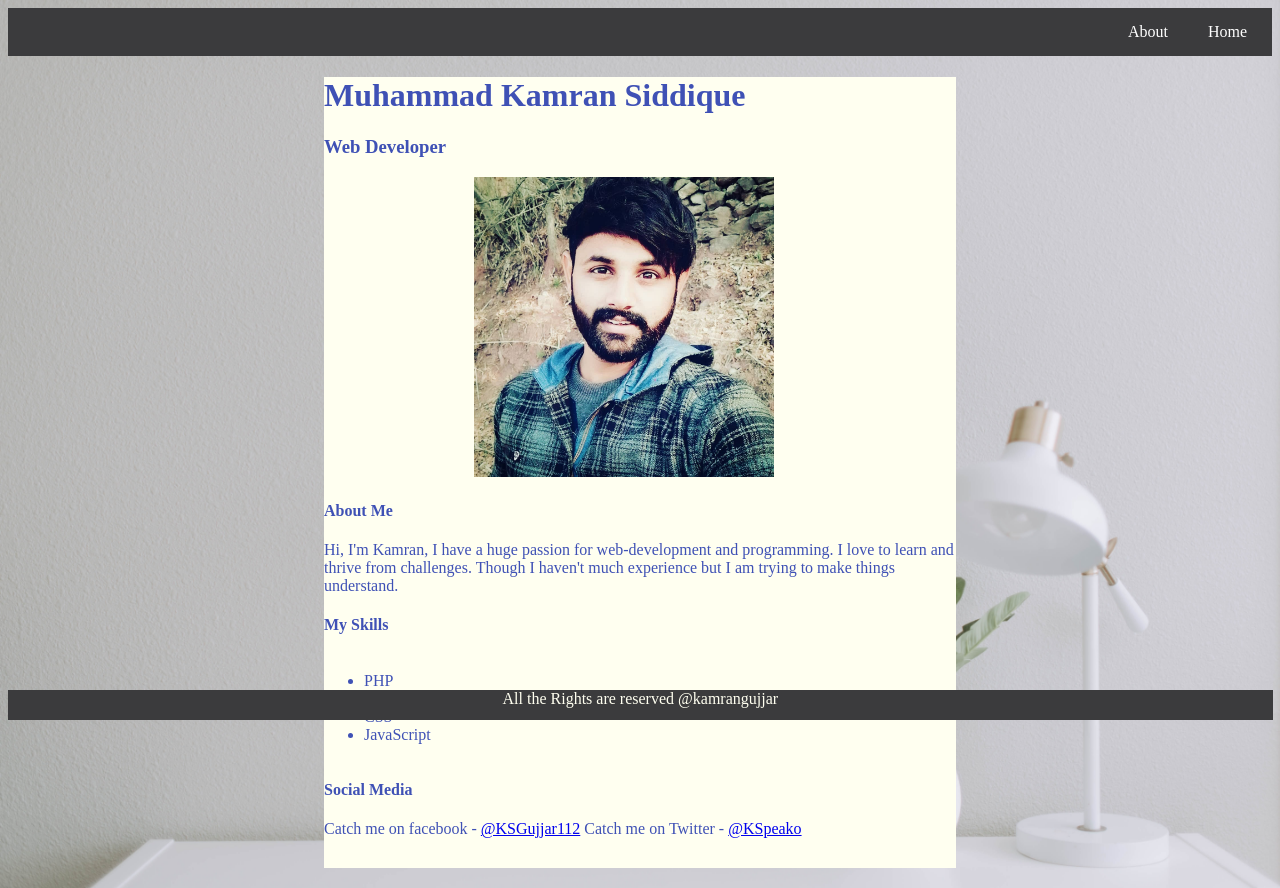
Repository: Kamrangujjar85112/Length-Converter
Page: html/about.html
An editor plug-in stored every save of this project. The page is shown before and after the next save, followed by the edit.
The browser window is 1280 px wide. The pictures show the whole page.
Backgrounds fixed to the window are drawn as part of the page.

Above is the page before, as saved 2022-01-21 11:37:21.
Console error: TypeError: Cannot read properties of null (reading 'addEventListener')

After the next save:
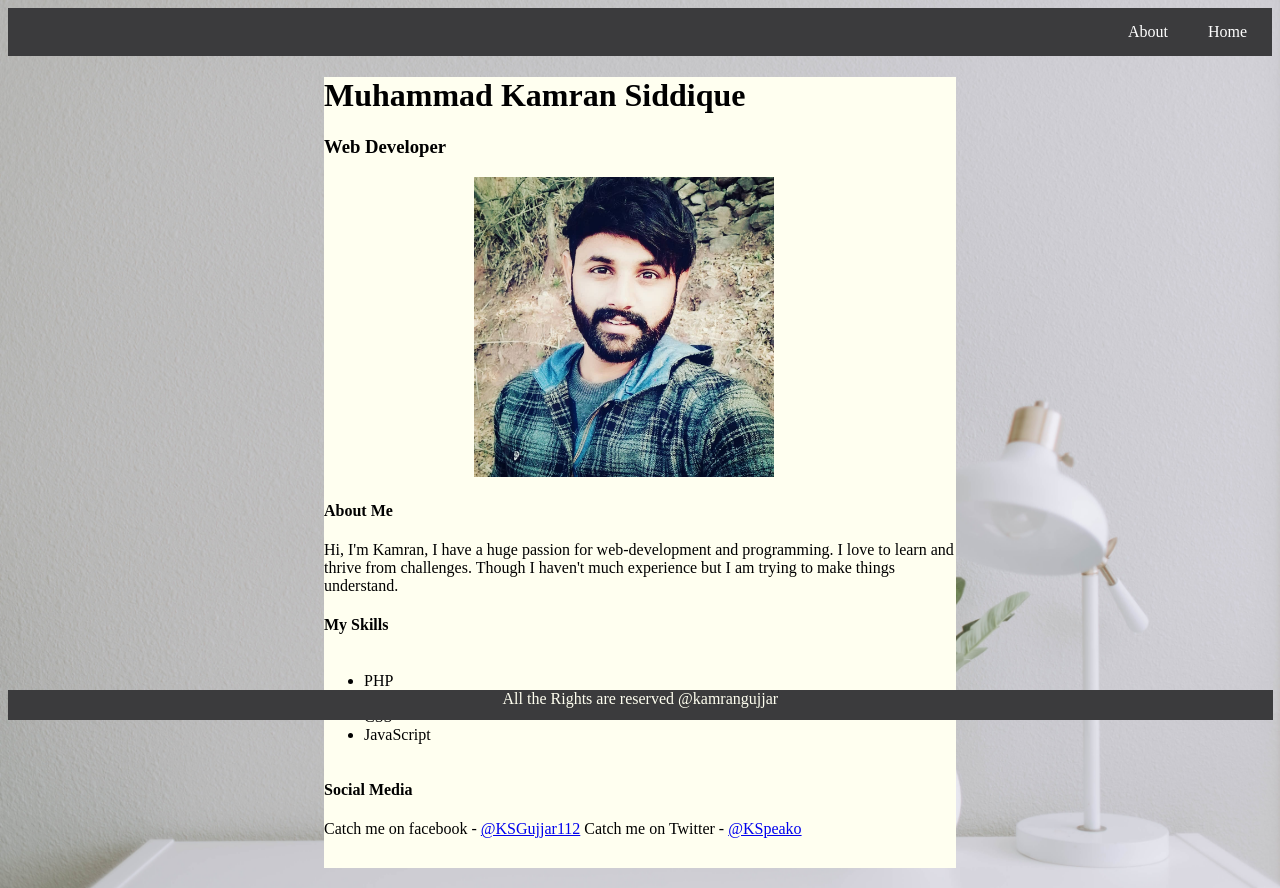
Saved 40 s later.
--- a/css/style.css
+++ b/css/style.css
@@ -3,7 +3,6 @@
     background-repeat: no-repeat;
     background-attachment: fixed;
     background-size: cover;
-  color: #3F51B5;
 
 }
 .aboutclass {

After the save that followed:
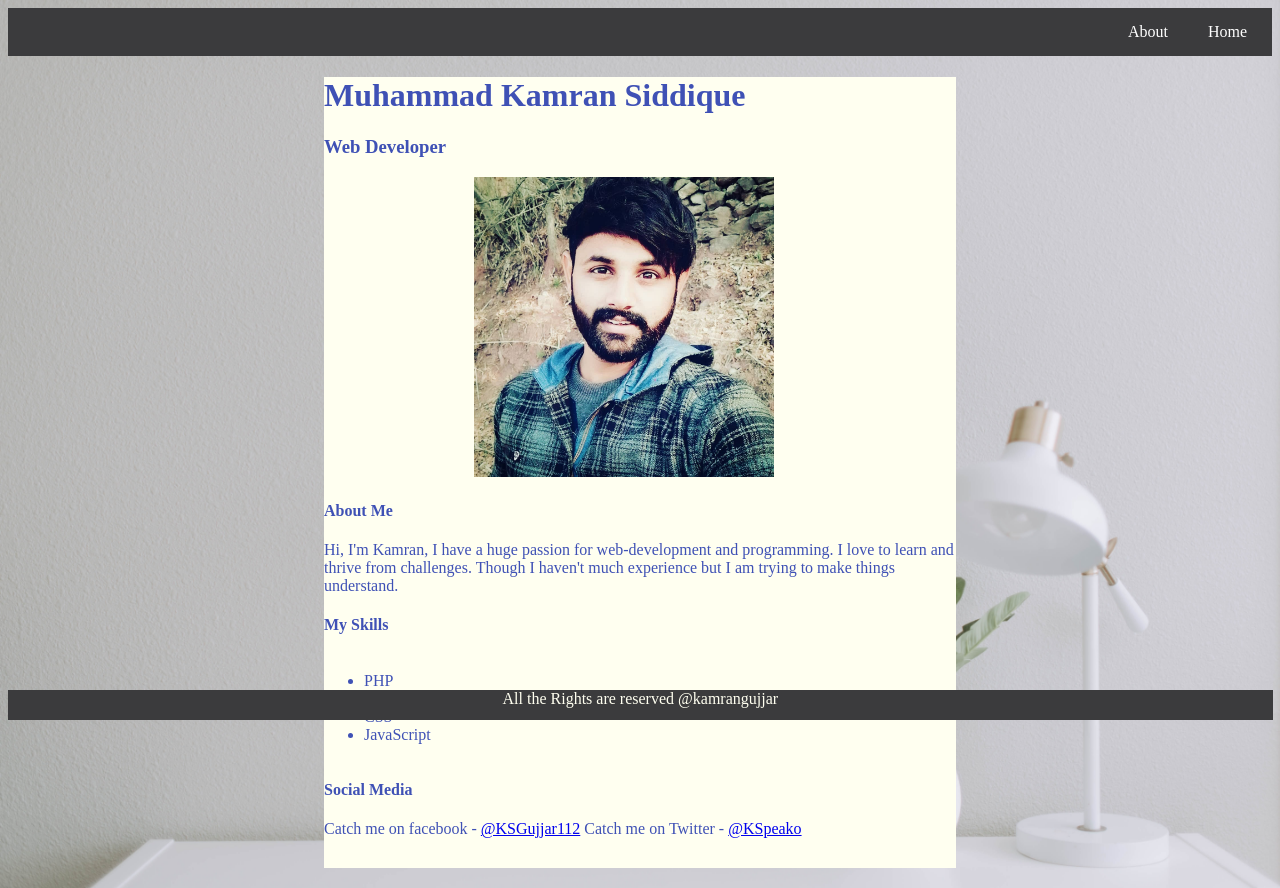
Saved 55 s later.
--- a/css/style.css
+++ b/css/style.css
@@ -12,6 +12,7 @@
     width: 50%;
     padding-bottom: 30px;
     margin-bottom: 20px;
+    color: #3F51B5;
 }
 .listFlex {
     display: flex;
